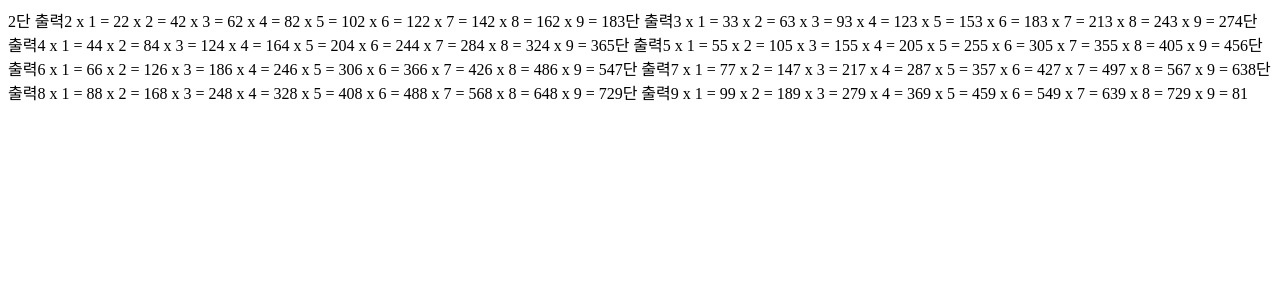
Repository: carnelli95/workspace_JSP
Page: http://localhost/MustHaveJSP/Mission/Gugudan1.jsp
The author's editor kept a copy of each file at every save. The page is drawn from the files as they stood at one save, then again after the next save.
The browser window is 1280 px wide. The pictures show the whole page.
The page is served by Tomcat 9.

Above is the page before, as saved 2025-09-22 08:19:36.

After the next save:
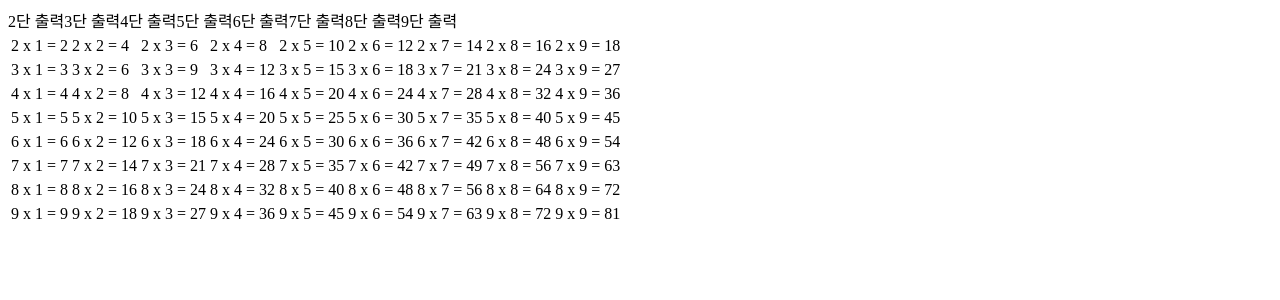
Saved 26 s later.
--- a/MustHaveJSP/src/main/webapp/Mission/Gugudan1.jsp
+++ b/MustHaveJSP/src/main/webapp/Mission/Gugudan1.jsp
@@ -17,7 +17,7 @@
 
 		out.println("<tr>" + i + "단 출력</tr>");
 		for(int j = 1; j <= 9; j++) {
-			out.print("<tr>" + i + " x " + j  + " = " + i * j + "</tr>");
+			out.print("<td>" + i + " x " + j  + " = " + i * j + "</td>");
 		}
 	}
 %>
